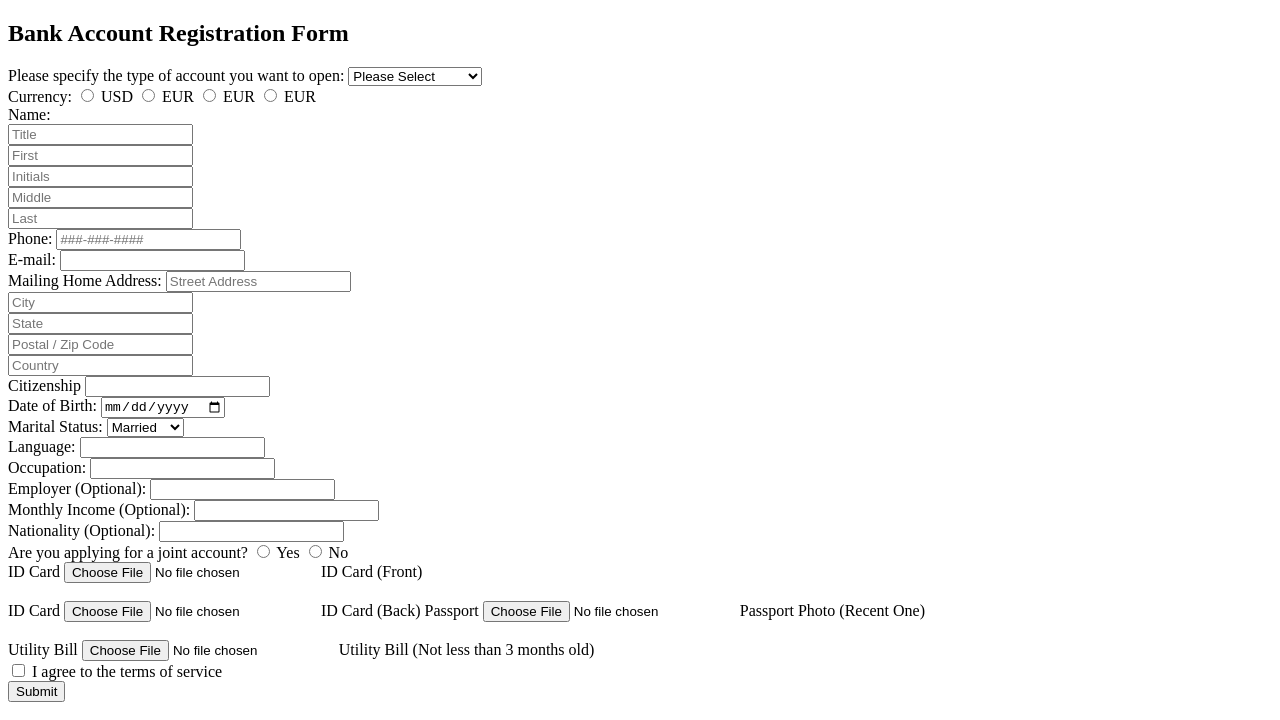
Repository: hizeetech/First-Assignment
Page: sign_up.html
The author's editor kept a copy of each file at every save. The page is drawn from the files as they stood at one save, then again after the next save.
The browser window is 1280 px wide. The pictures show the whole page.

Above is the page before, as saved 2024-11-09 02:35:26.

### sign_up.html
<!DOCTYPE html>
<html lang="en">
<head>
    <meta charset="UTF-8">
    <meta name="viewport" content="width=device-width, initial-scale=1.0">
    <title>Bank Account Registration Form</title>

</head>
<body>

<div>
    <h2>Bank Account Registration Form</h2>
    <form action="#" method="post">

        <div>
            <label for="account-type">Please specify the type of account you want to open:</label>
            <select id="account-type" name="account_type" required>
                <option value="">Please Select</option>
                <option value="savings">Savings Account</option>
                <option value="current">Current Account</option>
                <option value="corporate">Corporate Account</option>
            </select>
        </div>

        <div>
            <label>Currency:</label>
            <label><input type="radio" name="currency" value="NGN" required> USD</label>
            <label><input type="radio" name="currency" value="USD"> EUR</label>
            <label><input type="radio" name="currency" value="EUR"> EUR</label>
            <label><input type="radio" name="currency" value="POUNDS"> EUR</label>
        </div>

        <div>
            <label for="title">Name:</label>
            <div class="inline"><input type="text" id="title" name="title" placeholder="Title"></div>
            <div class="inline"><input type="text" name="first_name" placeholder="First" required></div>
            <div class="inline"><input type="text" name="initials" placeholder="Initials"></div>
            <div class="inline"><input type="text" name="middle_name" placeholder="Middle"></div>
            <input type="text" name="last_name" placeholder="Last" required>
        </div>

        <div>
            <label for="phone">Phone:</label>
            <input type="tel" id="phone" name="phone" placeholder="###-###-####" required>
        </div>

        <div>
            <label for="email">E-mail:</label>
            <input type="email" id="email" name="email" required>
        </div>

        <div>
            <label for="address">Mailing Home Address:</label>
            <input type="text" id="address" name="address" placeholder="Street Address" required>
            <div class="inline"><input type="text" name="city" placeholder="City" required></div>
            <div class="inline"><input type="text" name="state" placeholder="State" required></div>
            <div class="inline"><input type="text" name="postal_code" placeholder="Postal / Zip Code" required></div>
            <input type="text" name="country" placeholder="Country" required>
        </div>

        <div>
            <label for="citizenship">Citizenship</label>
            <input type="citizenship" id="citizenship" name="citizenship" required>
        </div>

        <div>
            <label for="dob">Date of Birth:</label>
            <input type="date" id="dob" name="dob" required>
        </div>

        <div>
            <label for="marital-status">Marital Status:</label>
            <select id="marital-status" name="marital_status" required>
                <option value="married">Married</option>
                <option value="single">Single</option>
                <option value="divorced">Divorced</option>
                <option value="widowed">Widowed</option>
            </select>
        </div>

        <div>
            <label for="language">Language:</label>
            <input type="text" id="language" name="language" required>
        </div>
        <div>
            <label for="occupation">Occupation:</label>
            <input type="text" id="occupation" name="occupation" required>
        </div>
        <div>
            <label for="employer">Employer (Optional):</label>
            <input type="text" id="employer" name="employer">
        </div>
        <div>
            <label for="income">Monthly Income (Optional):</label>
            <input type="text" id="income" name="monthly_income">
        </div>


        <div>
            <label for="nationality">Nationality (Optional):</label>
            <input type="text" id="nationality" name="nationality">
        </div>
        <div>
            <label>Are you applying for a joint account?</label>
            <label><input type="radio" name="joint_account" value="yes"> Yes</label>
            <label><input type="radio" name="joint_account" value="no"> No</label>
        </div>

        <div>
            <label>ID Card</label>
            <input type="file" accept="image/png, image/jpg, image/jpeg, image/webp, image/gif">
            <label for="id-card">ID Card (Front)</label><br><br>
            <label>ID Card</label>
            <input type="file" accept="image/png, image/jpg, image/jpeg, image/webp, image/gif">
            <label for="id-card">ID Card (Back)</label>
            <label>Passport</label>
            <input type="file" accept="image/png, image/jpg, image/jpeg, image/webp, image/gif">
            <label for="id-card">Passport Photo (Recent One)</label><br><br>
            <label>Utility Bill</label>
            <input type="file" accept="image/png, image/jpg, image/jpeg, image/webp, image/gif">
            <label for="id-card">Utility Bill (Not less than 3 months old)</label>
        </div>

        <div>
            <input type="checkbox" id="terms" name="terms" required>
            <label for="terms">I agree to the terms of service</a></label>
        </div>



        <button type="submit" class="submit-btn">Submit</button>
    </form>
</div>

</body>
</html>

After the next save:
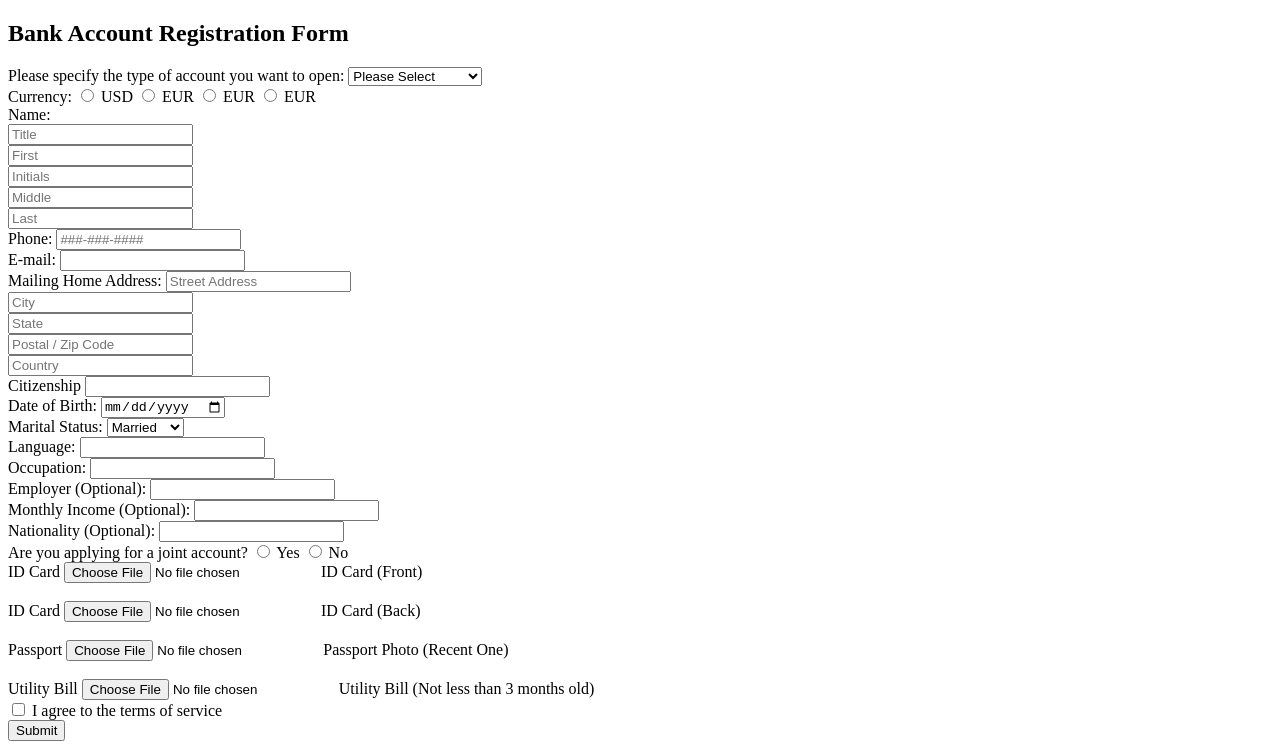
Saved 38 s later.
--- a/sign_up.html
+++ b/sign_up.html
@@ -112,7 +112,7 @@
             <label for="id-card">ID Card (Front)</label><br><br>
             <label>ID Card</label>
             <input type="file" accept="image/png, image/jpg, image/jpeg, image/webp, image/gif">
-            <label for="id-card">ID Card (Back)</label>
+            <label for="id-card">ID Card (Back)</label><br><br>
             <label>Passport</label>
             <input type="file" accept="image/png, image/jpg, image/jpeg, image/webp, image/gif">
             <label for="id-card">Passport Photo (Recent One)</label><br><br>
